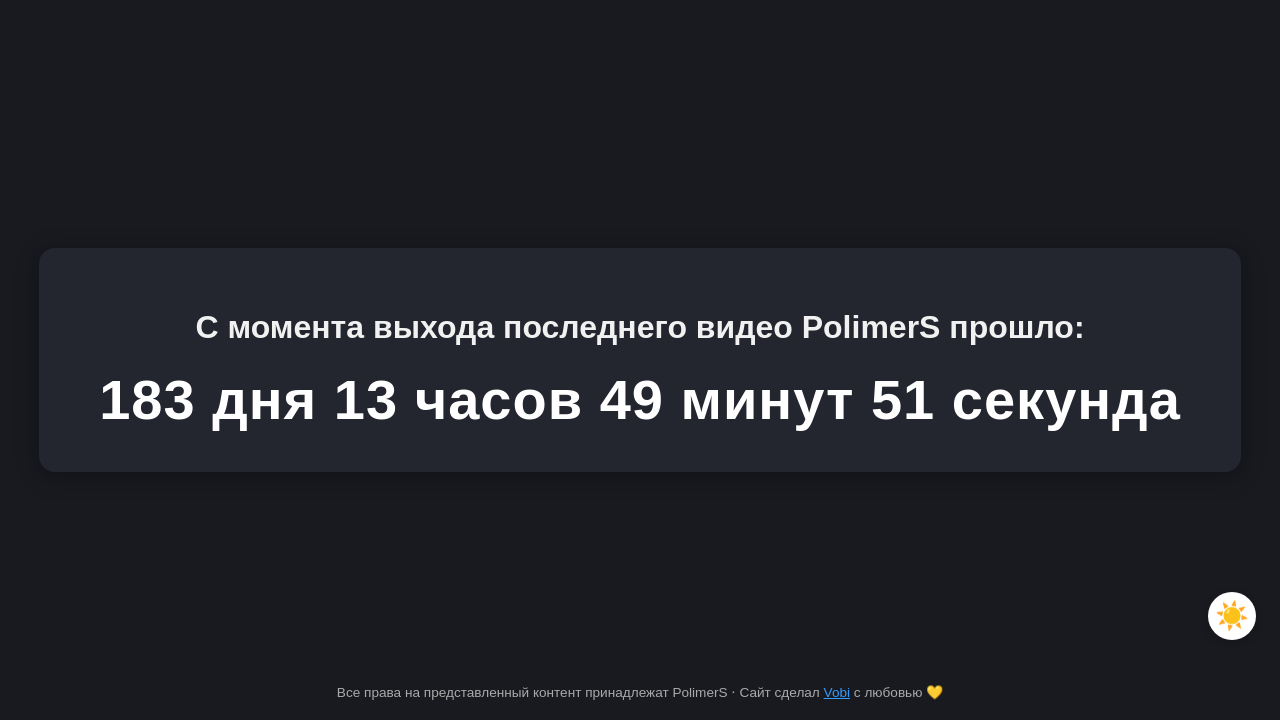
Repository: oncube-dev/OnCube-dev_website
Page: files_for_hosting/html_plus_js.version/index.html
These files come from the project's save history. The page is drawn as it stood at one moment and after the next save; the edit follows.
The browser window is 1280 px wide. The pictures show the whole page.
The page's requests for data from a server got no answer.

Above is the page before, as saved 2025-07-18 03:09:28.

### files_for_hosting/html_plus_js.version/index.html
<!DOCTYPE html>
<html lang="ru">
<head>
    <meta charset="UTF-8">
    <title>Платон, когда видео?</title>
    <link rel="stylesheet" href="style.css">
    <style>
        body { transition: background 0.2s, color 0.2s; }
    </style>
</head>
<body>
    <div class="timer-container">
        <h1>С момента выхода последнего видео PolimerS прошло:</h1>
        <div id="timer">Загрузка...</div>
    </div>
    <button id="theme-toggle" class="theme-toggle-btn" title="Переключить тему">🌙</button>
    <footer class="footer-note">
        Все права на представленный контент принадлежат PolimerS ⋅ Сайт сделал <a href="https://vobi.bio.link/" target="_blank" style="text-decoration:underline;">Vobi</a> с любовью 💛
    </footer>
    <script>
        // Дата выхода последнего видео (пример: 2025-01-15 11:00:00)
        const startDate = new Date('2025-01-15T11:00:00');
        function updateTimer() {
            const now = new Date();
            let diff = now - startDate;
            if (diff < 0) diff = 0;
            let seconds = Math.floor(diff / 1000);
            const days = Math.floor(seconds / (24 * 3600));
            seconds %= 24 * 3600;
            const hours = Math.floor(seconds / 3600);
            seconds %= 3600;
            const minutes = Math.floor(seconds / 60);
            seconds %= 60;
            function plural(n, one, two, five) {
                n = Math.abs(n) % 100;
                let n1 = n % 10;
                if (n > 10 && n < 20) return five;
                if (n1 > 1 && n1 < 5) return two;
                if (n1 == 1) return one;
                return five;
            }
            const daysText = plural(days, 'день', 'дня', 'дней');
            const hoursText = plural(hours, 'час', 'часа', 'часов');
            const minutesText = plural(minutes, 'минута', 'минуты', 'минут');
            const secondsText = plural(seconds, 'секунда', 'секунды', 'секунд');
            document.getElementById('timer').textContent = `${days} ${daysText} ${hours} ${hoursText} ${minutes} ${minutesText} ${seconds} ${secondsText}`;
        }
        setInterval(updateTimer, 1000);
        updateTimer();

        // Переключение темы
        const toggleBtn = document.getElementById('theme-toggle');
        const darkClass = 'dark-theme';
        let themePref = localStorage.getItem('theme');
        let isDark = themePref === null ? true : themePref === 'dark';
        setTheme(isDark);
        toggleBtn.onclick = () => {
            isDark = !isDark;
            setTheme(isDark);
            localStorage.setItem('theme', isDark ? 'dark' : 'light');
        };
        function setTheme(isDark) {
            if (isDark) {
                document.body.classList.add(darkClass);
                toggleBtn.textContent = '☀️';
            } else {
                document.body.classList.remove(darkClass);
                toggleBtn.textContent = '🌙';
            }
        }
    </script>
</body>
</html>

### files_for_hosting/html_plus_js.version/style.css
body {
    background: #181a20;
    color: #f1f1f1;
    font-family: Arial, sans-serif;
    margin: 0;
    padding: 0;
    height: 100vh;
    display: flex;
    align-items: center;
    justify-content: center;
}

.timer-container {
    background: #23262f;
    padding: 40px 60px;
    border-radius: 16px;
    box-shadow: 0 4px 24px rgba(0,0,0,0.32);
    text-align: center;
    color: #f1f1f1;
}

.timer-container h1 {
    font-size: 2rem;
    font-weight: bold;
    color: #f1f1f1;
}

#timer {
    font-size: 3.5rem;
    font-weight: bold;
    margin-top: 8px;
    color: #111;
    letter-spacing: 1px;
}

.footer-note {
    font-size: 0.85rem;
    color: #aaa;
    text-align: center;
    position: fixed;
    left: 0;
    width: 100vw;
    bottom: 20px;
    margin: 0;
    z-index: 100;
    box-sizing: border-box;
}

.footer-note a {
    color: #339cff;
    text-decoration: underline;
}

/* Кнопка переключения темы */
.theme-toggle-btn {
    position: fixed;
    right: 24px;
    bottom: 80px;
    z-index: 200;
    background: #23262f;
    color: #ffe066;
    border: none;
    border-radius: 50%;
    width: 48px;
    height: 48px;
    font-size: 1.7rem;
    cursor: pointer;
    box-shadow: 0 2px 8px rgba(0,0,0,0.18);
    transition: background 0.2s, color 0.2s;
}
.theme-toggle-btn:hover {
    background: #ffe066;
    color: #23262f;
}

/* Светлая тема по умолчанию */
body {
    background: #f5f5f5;
    color: #23262f;
}
.timer-container {
    background: #fff;
    color: #23262f;
    box-shadow: 0 4px 24px rgba(0,0,0,0.08);
}
.timer-container h1 {
    color: #23262f;
}
#timer {
    color: #111;
}
.footer-note {
    color: #888;
}
.footer-note a {
    color: #1976d2;
}

/* Тёмная тема */
body.dark-theme {
    background: #181a20;
    color: #f1f1f1;
}
.dark-theme .timer-container {
    background: #23262f;
    color: #f1f1f1;
    box-shadow: 0 4px 24px rgba(0,0,0,0.32);
}
.dark-theme .timer-container h1 {
    color: #f1f1f1;
}
.dark-theme #timer {
    color: #fff;
}
.dark-theme .footer-note {
    color: #aaa;
}
.dark-theme .footer-note a {
    color: #339cff;
}
.dark-theme .theme-toggle-btn {
    background: #fff;
    color: #23262f;
}
.dark-theme .theme-toggle-btn:hover {
    background: #23262f;
    color: #ffe066;
}

After the next save:
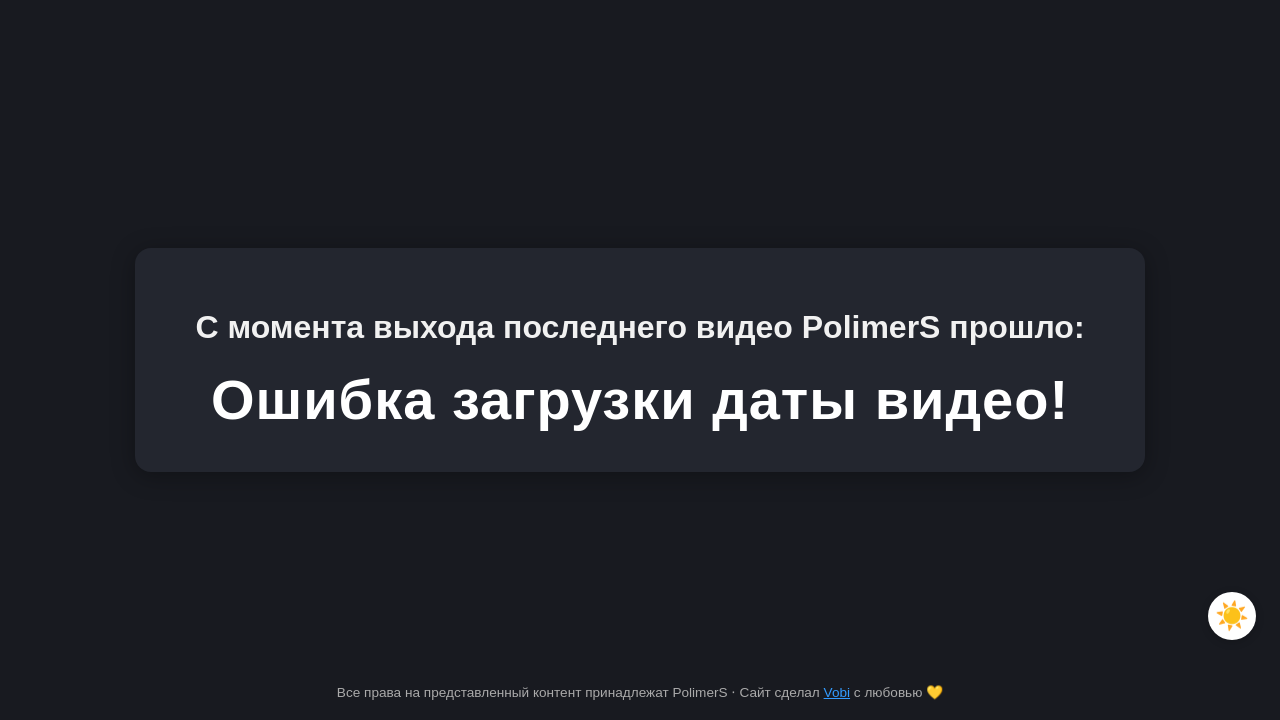
Saved 8 h 25 min later.
--- a/files_for_hosting/html_plus_js.version/index.html
+++ b/files_for_hosting/html_plus_js.version/index.html
@@ -18,9 +18,34 @@
         Все права на представленный контент принадлежат PolimerS ⋅ Сайт сделал <a href="https://vobi.bio.link/" target="_blank" style="text-decoration:underline;">Vobi</a> с любовью 💛
     </footer>
     <script>
-        // Дата выхода последнего видео (пример: 2025-01-15 11:00:00)
-        const startDate = new Date('2025-01-15T11:00:00');
+        // === НАСТРОЙКА: ВСТАВЬТЕ СВОЙ YOUTUBE API KEY ===
+        // Получить можно тут: https://console.cloud.google.com/apis/credentials
+        const API_KEY = 'ВАШ_API_КЛЮЧ_СЮДА'; // <-- ВСТАВЬТЕ СЮДА СВОЙ КЛЮЧ
+        const CHANNEL_ID = 'UCw5p2r6U6zsz5Wb1r0hU1xA'; // PolimerS
+        // Получить ID канала можно на https://commentpicker.com/youtube-channel-id.php
+
+        let startDate = null;
+
+        async function fetchLastVideoDate() {
+            try {
+                const apiUrl = `https://www.googleapis.com/youtube/v3/search?key=${API_KEY}&channelId=${CHANNEL_ID}&part=snippet,id&order=date&maxResults=1`;
+                const response = await fetch(apiUrl);
+                if (!response.ok) throw new Error('Ошибка запроса к YouTube API');
+                const data = await response.json();
+                const video = data.items && data.items[0];
+                if (video && video.snippet && video.snippet.publishedAt) {
+                    startDate = new Date(video.snippet.publishedAt);
+                } else {
+                    throw new Error('Не удалось получить дату видео');
+                }
+            } catch (e) {
+                document.getElementById('timer').textContent = 'Ошибка загрузки даты видео!';
+                console.error(e);
+            }
+        }
+
         function updateTimer() {
+            if (!startDate) return;
             const now = new Date();
             let diff = now - startDate;
             if (diff < 0) diff = 0;
@@ -45,10 +70,18 @@
             const secondsText = plural(seconds, 'секунда', 'секунды', 'секунд');
             document.getElementById('timer').textContent = `${days} ${daysText} ${hours} ${hoursText} ${minutes} ${minutesText} ${seconds} ${secondsText}`;
         }
-        setInterval(updateTimer, 1000);
-        updateTimer();
 
-        // Переключение темы
+        async function initTimer() {
+            document.getElementById('timer').textContent = 'Загрузка даты видео...';
+            await fetchLastVideoDate();
+            if (startDate) {
+                updateTimer();
+                setInterval(updateTimer, 1000);
+            }
+        }
+        initTimer();
+
+        // Переключение темы (оставляю как было)
         const toggleBtn = document.getElementById('theme-toggle');
         const darkClass = 'dark-theme';
         let themePref = localStorage.getItem('theme');
